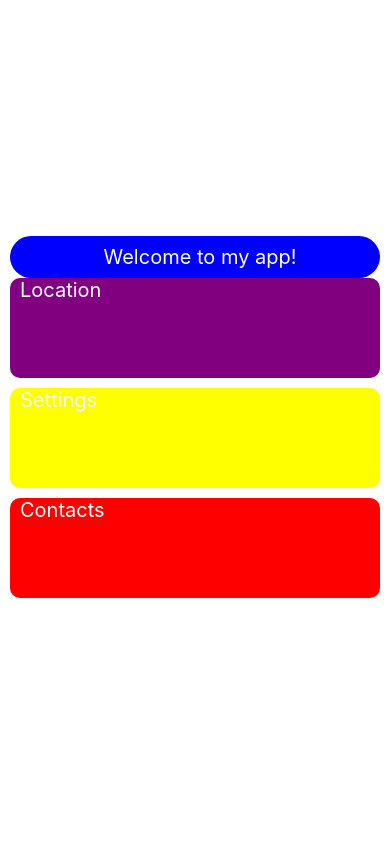
Repository: amirjavadikia/mobile-projectg
Screen: /
An editor plug-in stored every save of this project. The screen is shown before and after the next save, followed by the edit.
The app was drawn by React Native's web renderer in a window 390 px wide. The project was rebuilt for these pictures with package versions that can differ from the ones it lists, and the page was loaded fresh each time.

Above is the screen before, as saved 2024-04-24 20:50:22.

After the next save:
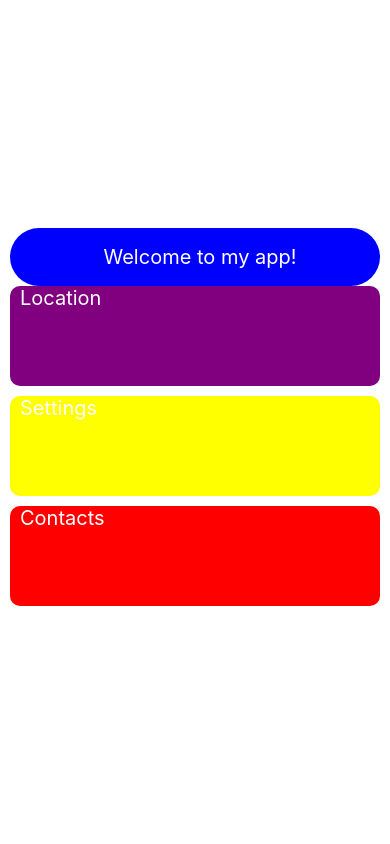
Saved 5 s later.
--- a/App.tsx
+++ b/App.tsx
@@ -45,7 +45,7 @@ const styles = StyleSheet.create({
     backgroundColor: 'blue',
     borderRadius: 30,
     width: '100%',
-    height: '5%',
+    height: '7%',
     justifyContent: 'center',
     alignItems: 'center',
   },
